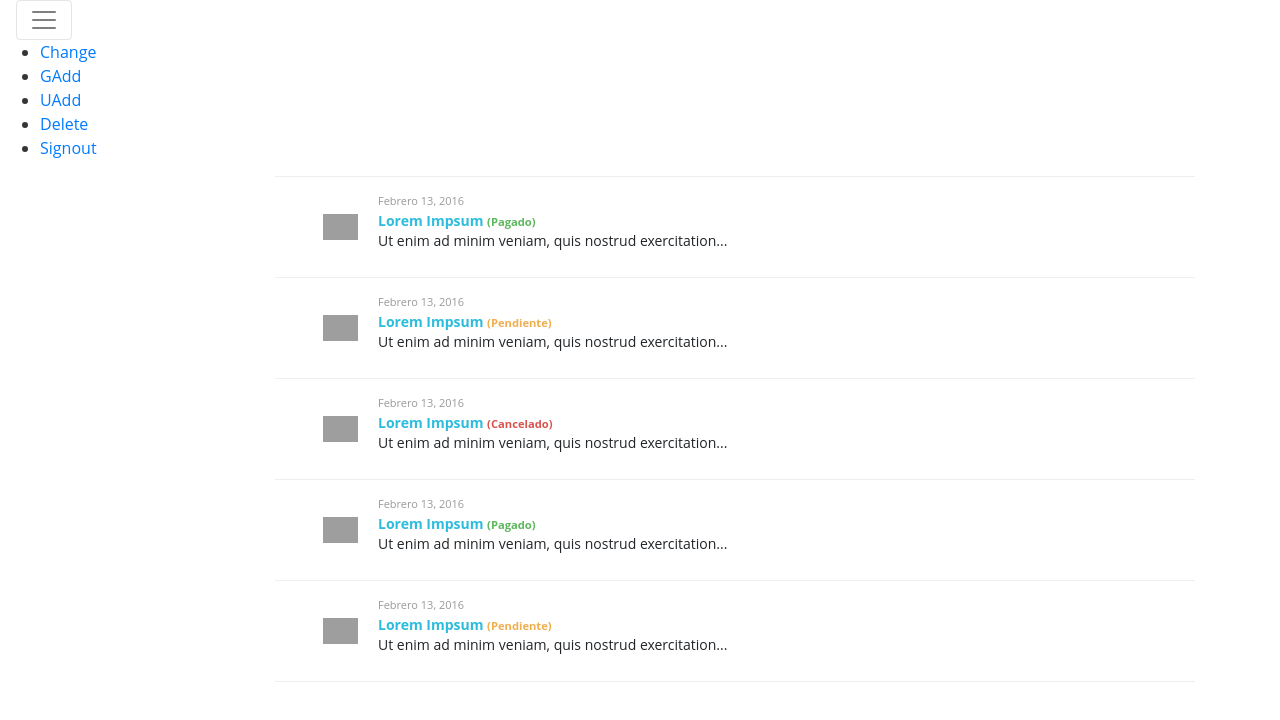
Repository: lukawitch/graduatedchat
Page: http://localhost/Graduated/WEB-INF/views/success.jsp
The author's editor kept a copy of each file at every save. The page is drawn from the files as they stood at one save, then again after the next save.
The browser window is 1280 px wide. The pictures show the whole page.
Pictures or frames that could not be fetched are drawn as grey boxes. The page is served by Tomcat 9. Nobody is signed in. Other server files are loaded and not shown. The template is opened directly, without the code that normally fills it, so the values that code supplies are empty.

Above is the page before, as saved 2019-05-17 06:34:22.
Not found: Graduated/resources/sidebar.css

### Graduated/src/main/webapp/WEB-INF/views/success.jsp
<%@ page language="java" contentType="text/html; charset=UTF-8"
    pageEncoding="UTF-8"%>
<!DOCTYPE html>
<html>
<head>
<!-- Required meta tags -->
    <meta charset="utf-8">
    <meta name="viewport" content="width=device-width, initial-scale=1, shrink-to-fit=no">

    <!-- Bootstrap CSS -->
  <link rel="stylesheet" href="/resources/sidebar.css">
    <link rel="stylesheet" href="https://stackpath.bootstrapcdn.com/bootstrap/4.3.1/css/bootstrap.min.css" integrity="sha384-ggOyR0iXCbMQv3Xipma34MD+dH/1fQ784/j6cY/iJTQUOhcWr7x9JvoRxT2MZw1T" crossorigin="anonymous">
<style>

/*    --------------------------------------------------
	:: General
	-------------------------------------------------- */
body {
	font-family: 'Open Sans', sans-serif;
	color: #353535;
	width: 100%;. height: 100%;.
}
.content h1 {
	text-align: center;
}
.content .content-footer p {
	color: #6d6d6d;
    font-size: 12px;
    text-align: center;
}
.content .content-footer p a {
	color: inherit;
	font-weight: bold;
}

/*	--------------------------------------------------
	:: Table Filter
	-------------------------------------------------- */
.panel {
	border: 1px solid #ddd;
	background-color: #fcfcfc;
}
.panel .btn-group {
	margin: 15px 0 30px;
}
.panel .btn-group .btn {
	transition: background-color .3s ease;
}
.table-filter {
	background-color: #fff;
	border-bottom: 1px solid #eee;
}
.table-filter tbody tr:hover {
	cursor: pointer;
	background-color: #eee;
}
.table-filter tbody tr td {
	padding: 10px;
	vertical-align: middle;
	border-top-color: #eee;
}
.table-filter tbody tr.selected td {
	background-color: #eee;
}
.table-filter tr td:first-child {
	width: 38px;
}
.table-filter tr td:nth-child(2) {
	width: 35px;
}
.ckbox {
	position: relative;
	display:none;
}
.ckbox input[type="checkbox"] {
	opacity: 0;
}
.ckbox label {
	-webkit-user-select: none;
	-moz-user-select: none;
	-ms-user-select: none;
	user-select: none;
}
.ckbox label:before {
	content: '';
	top: 1px;
	left: 0;
	width: 18px;
	height: 18px;
	display: block;
	position: absolute;
	border-radius: 2px;
	border: 1px solid #bbb;
	background-color: #fff;
}
.ckbox input[type="checkbox"]:checked + label:before {
	border-color: #2BBCDE;
	background-color: #2BBCDE;
}
.ckbox input[type="checkbox"]:checked + label:after {
	top: 3px;
	left: 3.5px;

	color: #fff;
	font-size: 11px;
	font-family: 'Glyphicons Halflings';
	position: absolute;
}

.table-filter .media-photo {
	width: 35px;
}
.table-filter .media-body {
    display: block;
    /* Had to use this style to force the div to expand (wasn't necessary with my bootstrap version 3.3.6) */
}
.table-filter .media-meta {
	font-size: 11px;
	color: #999;
}
.table-filter .media .title {
	color: #2BBCDE;
	font-size: 14px;
	font-weight: bold;
	line-height: normal;
	margin: 0;
}
.table-filter .media .title span {
	font-size: .8em;
	margin-right: 20px;
}
.table-filter .media .title span.pagado {
	color: #5cb85c;
}
.table-filter .media .title span.pendiente {
	color: #f0ad4e;
}
.table-filter .media .title span.cancelado {
	color: #d9534f;
}
.table-filter .media .summary {
	font-size: 14px;
}
.profile{
position:fixed;
left:0;
top:0;
display:none;
}
.info{
background-color:#fff;
}
.button{
background-color:#fff;
}
.avatar{

}
.card {
    padding-top: 20px;
    margin: 10px 0 20px 0;
    background-color: rgba(214, 224, 226, 0.2);
    border-top-width: 0;
    border-bottom-width: 2px;
    -webkit-border-radius: 3px;
    -moz-border-radius: 3px;
    border-radius: 3px;
    -webkit-box-shadow: none;
    -moz-box-shadow: none;
    box-shadow: none;
    -webkit-box-sizing: border-box;
    -moz-box-sizing: border-box;
    box-sizing: border-box;
}

.card .card-heading {
    padding: 0 20px;
    margin: 0;
}

.card .card-heading.simple {
    font-size: 20px;
    font-weight: 300;
    color: #777;
    border-bottom: 1px solid #e5e5e5;
}

.card .card-heading.image img {
    display: inline-block;
    width: 46px;
    height: 46px;
    margin-right: 15px;
    vertical-align: top;
    border: 0;
    -webkit-border-radius: 50%;
    -moz-border-radius: 50%;
    border-radius: 50%;
}

.card .card-heading.image .card-heading-header {
    display: inline-block;
    vertical-align: top;
}

.card .card-heading.image .card-heading-header h3 {
    margin: 0;
    font-size: 14px;
    line-height: 16px;
    color: #262626;
}

.card .card-heading.image .card-heading-header span {
    font-size: 12px;
    color: #999999;
}

.card .card-body {
    padding: 0 20px;
    margin-top: 20px;
}

.card .card-media {
    padding: 0 20px;
    margin: 0 -14px;
}

.card .card-media img {
    max-width: 100%;
    max-height: 100%;
}

.card .card-actions {
    min-height: 30px;
    padding: 0 20px 20px 20px;
    margin: 20px 0 0 0;
}

.card .card-comments {
    padding: 20px;
    margin: 0;
    background-color: #f8f8f8;
}

.card .card-comments .comments-collapse-toggle {
    padding: 0;
    margin: 0 20px 12px 20px;
}

.card .card-comments .comments-collapse-toggle a,
.card .card-comments .comments-collapse-toggle span {
    padding-right: 5px;
    overflow: hidden;
    font-size: 12px;
    color: #999;
    text-overflow: ellipsis;
    white-space: nowrap;
}

.card-comments .media-heading {
    font-size: 13px;
    font-weight: bold;
}

.card.people {
    position: relative;
    display: inline-block;
    width: 170px;
    height: 300px;
    padding-top: 0;
    margin-left: 20px;
    overflow: hidden;
    vertical-align: top;
}

.card.people:first-child {
    margin-left: 0;
}

.card.people .card-top {
    position: absolute;
    top: 0;
    left: 0;
    display: inline-block;
    width: 170px;
    height: 150px;
    background-color: #ffffff;
}

.card.people .card-top.green {
    background-color: #53a93f;
}

.card.people .card-top.blue {
    background-color: #427fed;
}

.card.people .card-info {
    position: absolute;
    top: 150px;
    display: inline-block;
    width: 100%;
    height: 101px;
    overflow: hidden;
    background: #ffffff;
    -webkit-box-sizing: border-box;
    -moz-box-sizing: border-box;
    box-sizing: border-box;
}

.card.people .card-info .title {
    display: block;
    margin: 8px 14px 0 14px;
    overflow: hidden;
    font-size: 16px;
    font-weight: bold;
    line-height: 18px;
    color: #404040;
}

.card.people .card-info .desc {
    display: block;
    margin: 8px 14px 0 14px;
    overflow: hidden;
    font-size: 12px;
    line-height: 16px;
    color: #737373;
    text-overflow: ellipsis;
}

.card.people .card-bottom {
    position: absolute;
    bottom: 0;
    left: 0;
    display: inline-block;
    width: 100%;
    padding: 10px 20px;
    line-height: 29px;
    text-align: center;
    -webkit-box-sizing: border-box;
    -moz-box-sizing: border-box;
    box-sizing: border-box;
}

.card.hovercard {
    position: relative;
    padding-top: 0;
    overflow: hidden;
    text-align: center;
    background-color: rgba(214, 224, 226, 0.2);
}

.card.hovercard .cardheader {
    background: url("http://lorempixel.com/850/280/nature/4/");
    background-size: cover;
    height: 380px;
	width:100%;
}

.card.hovercard .avatar {
    position: relative;
    top: -50px;
    margin-bottom: -50px;
	z-index:6;
}

.card.hovercard .avatar img {
    width: 100px;
    height: 100px;
    max-width: 100px;
    max-height: 100px;
    -webkit-border-radius: 50%;
    -moz-border-radius: 50%;
    border-radius: 50%;
    border: 5px solid rgba(255,255,255,0.5);
}

.card.hovercard .info {
    padding: 4px 8px 10px;
	top:-50px;
	position:relative;
}

.card.hovercard .info .title {
    margin-bottom: 4px;
    font-size: 24px;
    line-height: 1;
    color: #262626;
    vertical-align: middle;
	margin-top:50px;
}

.card.hovercard .info .desc {
    overflow: hidden;
    font-size: 12px;
    line-height: 20px;
    color: #737373;
    text-overflow: ellipsis;
}

.card.hovercard .bottom {
    padding: 0 20px;
	background-color:white;
	margin-top:-50px;
}

.btnround{ border-radius: 50%; width:32px; height:32px; line-height:18px;  }
.exit{
position:relative;
top:0px;
left:20px;
color:white;
text-align:left;
}
 #imaginary_container{
    margin-top:20%; /* Don't copy this */
}
.stylish-input-group .input-group-addon{
    background: white !important;
}
.stylish-input-group .form-control{
	border-right:0;
	box-shadow:0 0 0;
	border-color:#ccc;
}
.stylish-input-group button{
    border:0;
    background:transparent;
}
.addmember{
background-color:white;
border-radius:30px;
padding-bottom:30px;
border:black 4px;
}




</style>
<script>
function test(){
 var con = document.getElementsByName("chk");
for(var i=0;i<con.length;i++){
    if(con[i].style.display=='none'){
        con[i].style.display = 'block';
    }else{
        con[i].style.display = 'none';
    }
	}
}
function profile(aa){

 var con = document.getElementById(aa);
 con.style.display = 'block';

}

function prodel(aa){
 var con = document.getElementById(aa);
 con.style.display = 'none';
}
</script>
</head>
<body>
<%@include file="./sidebar.jsp" %>
<div class="container">
	<div class="row">
<div class="col-2"></div>
			<div class="col-10">


							<table class="table table-filter">
								<tbody>
									<tr>
										<td>
											<div name="chk" class="ckbox">
												<input type="checkbox" class="custom-control-input" id="checkbox1">
												<label for="checkbox1"></label>
											</div>
										</td>
										<td>
										<a href="#" class="pull-left">
													<img src="https://s3.amazonaws.com/uifaces/faces/twitter/fffabs/128.jpg" class="media-photo">
												</a>
										</td>
										<td>
											<div class="media">

												<div class="media-body">
													<span class="media-meta pull-right">Febrero 13, 2016</span>
													<h4 class="title">
														Lorem Impsum
														<span class="pull-right pagado">(Pagado)</span>
													</h4>
													<p class="summary">Ut enim ad minim veniam, quis nostrud exercitation...</p>
												</div>
											</div>
										</td>
									</tr>
									<tr data-status="pendiente">
										<td>
											<div name="chk" class="ckbox">
												<input type="checkbox" id="checkbox3">
												<label for="checkbox3"></label>
											</div>
										</td>
										<td>
										<a href="#" class="pull-left">
													<img src="https://s3.amazonaws.com/uifaces/faces/twitter/fffabs/128.jpg" class="media-photo">
												</a>
										</td>
										<td>
											<div class="media">

												<div class="media-body">
													<span class="media-meta pull-right">Febrero 13, 2016</span>
													<h4 class="title">
														Lorem Impsum
														<span class="pull-right pendiente">(Pendiente)</span>
													</h4>
													<p class="summary">Ut enim ad minim veniam, quis nostrud exercitation...</p>
												</div>
											</div>
										</td>
									</tr>
									<tr data-status="cancelado">
										<td>
											<div name="chk" class="ckbox">
												<input type="checkbox" id="checkbox2">
												<label for="checkbox2"></label>
											</div>
										</td>
										<td>
										<a href="#" class="pull-left">
													<img src="https://s3.amazonaws.com/uifaces/faces/twitter/fffabs/128.jpg" class="media-photo">
												</a>
										</td>
										<td>
											<div class="media">

												<div class="media-body">
													<span class="media-meta pull-right">Febrero 13, 2016</span>
													<h4 class="title">
														Lorem Impsum
														<span class="pull-right cancelado">(Cancelado)</span>
													</h4>
													<p class="summary">Ut enim ad minim veniam, quis nostrud exercitation...</p>
												</div>
											</div>
										</td>
									</tr>
									<tr data-status="pagado">
										<td>
											<div name="chk" class="ckbox">
												<input type="checkbox" id="checkbox4">
												<label for="checkbox4"></label>
											</div>
										</td>
										<td>
										<a href="#" class="pull-left">
													<img src="https://s3.amazonaws.com/uifaces/faces/twitter/fffabs/128.jpg" class="media-photo">
												</a>
										</td>
										<td>
											<div class="media">

												<div class="media-body">
													<span class="media-meta pull-right">Febrero 13, 2016</span>
													<h4 class="title">
														Lorem Impsum
														<span class="pull-right pagado">(Pagado)</span>
													</h4>
													<p class="summary">Ut enim ad minim veniam, quis nostrud exercitation...</p>
												</div>
											</div>
										</td>
									</tr>
									<tr data-status="pendiente">
										<td>
											<div name="chk" class="ckbox">
												<input type="checkbox" id="checkbox5">
												<label for="checkbox5"></label>
											</div>
										</td>
										<td>
										<a href="#" class="pull-left">
													<img src="https://s3.amazonaws.com/uifaces/faces/twitter/fffabs/128.jpg" class="media-photo">
												</a>
										</td>
										<td>
											<div class="media">

												<div class="media-body">
													<span class="media-meta pull-right">Febrero 13, 2016</span>
													<h4 class="title">
														Lorem Impsum
														<span class="pull-right pendiente">(Pendiente)</span>
													</h4>
													<p class="summary">Ut enim ad minim veniam, quis nostrud exercitation...</p>
												</div>
											</div>
										</td>
									</tr>
								</tbody>
							</table>

					</div>
				</div>

			</div>

			<div class="container profile" id='pro'>
	<div class="row">
		<div class="col-lg-4 col-sm-6"></div>
		<div class="col-lg-4 col-sm-6">

            <div class="card hovercard">
                <div class="cardheader">
				<div class="exit" id="prodel" onclick="prodel('pro')">X</div>
                </div>
                <div class="avatar">

                    <img alt="" src="http://lorempixel.com/100/100/people/9/">
                </div>
                <div class="info">
                    <div class="title">
                        <a target="_blank" href="https://scripteden.com/">Script Eden</a>
                    </div>
                    <div class="desc">Passionate designer</div>
                    <div class="desc">Curious developer</div>
                    <div class="desc">Tech geek</div>
                </div>
                <div class="bottom">

                    <a class="btnround btn btn-warning btn-sm" rel="publisher" href="./profile.html">
                        <i class="fa fa-behance"></i>
                    </a>
					<br>
					 <div class="desc">profile edit</div>
					 <br>
                </div>
            </div>

        </div>

	</div>
</div>


<div class="container profile " id="addmem" >
	<div class="row">
	<div class="col-sm-3"></div>
        <div class="col-sm-6 addmember">
            <form class="text-center">
			<h2>추가할사람의 코드를 입력해주세요</h2>
			<input class="form-control form-control-lg" type="text" placeholder="코드를 입력해주세요">
			<br>
			 <button type="submit" class="btn btn-primary">추가</button>
			 <button type="submit" class="btn btn-primary"  onclick="prodel('addmem')">취소</button>
			</form>
        </div>
	</div>
</div>
  <!-- Optional JavaScript -->
    <!-- jQuery first, then Popper.js, then Bootstrap JS -->
    <script src="https://code.jquery.com/jquery-3.3.1.slim.min.js" integrity="sha384-q8i/X+965DzO0rT7abK41JStQIAqVgRVzpbzo5smXKp4YfRvH+8abtTE1Pi6jizo" crossorigin="anonymous"></script>
    <script src="https://cdnjs.cloudflare.com/ajax/libs/popper.js/1.14.7/umd/popper.min.js" integrity="sha384-UO2eT0CpHqdSJQ6hJty5KVphtPhzWj9WO1clHTMGa3JDZwrnQq4sF86dIHNDz0W1" crossorigin="anonymous"></script>
    <script src="https://stackpath.bootstrapcdn.com/bootstrap/4.3.1/js/bootstrap.min.js" integrity="sha384-JjSmVgyd0p3pXB1rRibZUAYoIIy6OrQ6VrjIEaFf/nJGzIxFDsf4x0xIM+B07jRM" crossorigin="anonymous"></script>

</body>
</body>
</html>

Loaded but not shown: Graduated/src/main/webapp/WEB-INF/views/sidebar.jsp (165 lines, source omitted)

After the next save:
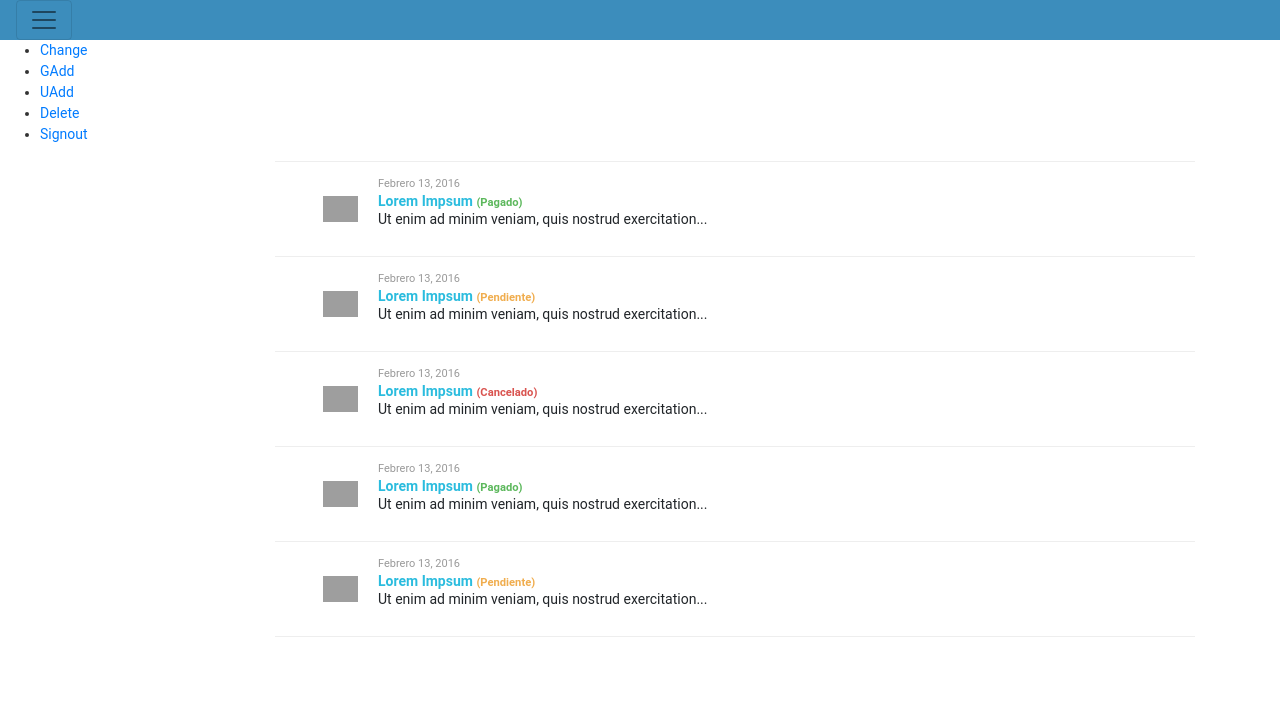
Saved 4 min 37 s later.
--- a/Graduated/src/main/webapp/WEB-INF/views/success.jsp
+++ b/Graduated/src/main/webapp/WEB-INF/views/success.jsp
@@ -8,7 +8,7 @@
     <meta name="viewport" content="width=device-width, initial-scale=1, shrink-to-fit=no">
 
     <!-- Bootstrap CSS -->
-  <link rel="stylesheet" href="/resources/sidebar.css">
+<link rel="stylesheet" href="/resources/sidebar.css">
     <link rel="stylesheet" href="https://stackpath.bootstrapcdn.com/bootstrap/4.3.1/css/bootstrap.min.css" integrity="sha384-ggOyR0iXCbMQv3Xipma34MD+dH/1fQ784/j6cY/iJTQUOhcWr7x9JvoRxT2MZw1T" crossorigin="anonymous">
 <style>
 
@@ -433,6 +433,124 @@ padding-bottom:30px;
 border:black 4px;
 }
 
+
+body{ font-size: 14px; color: #333; list-style: 26px;font-family: 'Roboto', sans-serif; }
+
+/** ======================  base css ==============================**/
+
+a:hover{ text-decoration: none; }
+/** ======================  header ==============================**/
+.header{ background-color: #3c8dbc }
+.header .dropdown-menu {
+    position: absolute;
+    right: 0;
+    left: auto;
+    border-radius: 0px;
+}
+.header .user-image {
+    float: left;
+    width: 25px;
+    height: 25px;
+    border-radius: 50%;
+    margin-right: 10px;
+    margin-top: -2px;
+}
+
+.header .navbar-light .navbar-nav .nav-link{ color: #fff }
+.header .navbar-light .navbar-nav .nav-link:hover, .header .navbar-light .navbar-nav .nav-link:focus   {
+
+       background: rgba(0,0,0,0.1);
+    color: #f6f6f6;
+}
+.header .fa.fa-fw.fa-bars{ color: #fff; }
+.header .navbar-light .navbar-nav .nav-link {
+    color: #fff;
+    padding: 10px 20px;
+    position: relative;
+}
+.header  li>a>.label {
+    position: absolute;
+    top: 9px;
+    right: 7px;
+    text-align: center;
+    font-size: 9px;
+    padding: 2px 3px;
+    line-height: .9; background-color: #333;    border-radius: .25em;
+}
+.header  li>a:after{ display: none; }
+
+.header-ul{    border-top-left-radius: 4px;
+    border-top-right-radius: 4px;
+    border-bottom-right-radius: 0;
+    border-bottom-left-radius: 0;
+    background-color: #ffffff;
+    padding: 7px 10px;
+    border-bottom: 1px solid #f4f4f4;
+    color: #333;
+    font-size: 14px;}
+
+    .navbar-nav>.notifications-menu>.dropdown-menu, .navbar-nav>.messages-menu>.dropdown-menu, .navbar-nav>.tasks-menu>.dropdown-menu {
+    width: 280px;
+    padding: 0 0 0 0;
+    margin: 0;
+    top: 100%;
+}
+.navbar-nav>.messages-menu>.dropdown-menu li .menu>li>a>div>img {
+    margin: auto 10px auto auto;
+    width: 40px;
+    height: 40px;
+}
+.navbar-nav>.messages-menu>.dropdown-menu li .menu>li>a ,.navbar-nav>.notifications-menu>.dropdown-menu li .menu>li>a{
+    margin: 0;
+    padding: 10px 10px;
+        display: block;
+    white-space: nowrap;
+    border-bottom: 1px solid #f4f4f4;
+}
+.navbar-nav>.messages-menu>.dropdown-menu li .menu>li>a>h4 {
+    padding: 0;
+    margin: 0 0 0 45px;
+    color: #333;
+    font-size: 15px;
+    position: relative;
+}
+.navbar-nav>.messages-menu>.dropdown-menu li .menu>li>a>p {
+    margin: 0 0 0 45px;
+    font-size: 12px;
+    color: #888888;
+}
+
+.footer-ul a{
+	border-top-left-radius: 0;
+    border-top-right-radius: 0;
+    border-bottom-right-radius: 4px;
+    border-bottom-left-radius: 4px;
+    font-size: 12px;
+    background-color: #fff;
+    padding: 7px 10px;
+    border-bottom: 1px solid #eeeeee;
+    color: #333 ; display: block;
+    }
+
+      .dropdown-menu-over .menu{  max-height: 200px;
+    margin: 0;
+    padding: 0;
+    list-style: none;
+    overflow-x: hidden;}
+
+    .navbar-nav>.notifications-menu>.dropdown-menu li .menu>li>a {
+    color: #444444;
+    overflow: hidden;
+    text-overflow: ellipsis;
+    padding: 10px;
+}
+.navbar-nav>.notifications-menu>.dropdown-menu li .menu>li>a>.glyphicon, .navbar-nav>.notifications-menu>.dropdown-menu li .menu>li>a>.fa, .navbar-nav>.notifications-menu>.dropdown-menu li .menu>li>a>.ion {
+    width: 20px;
+}
+
+a.navbar-brand {
+    width: 165px;
+}
 
 
 
